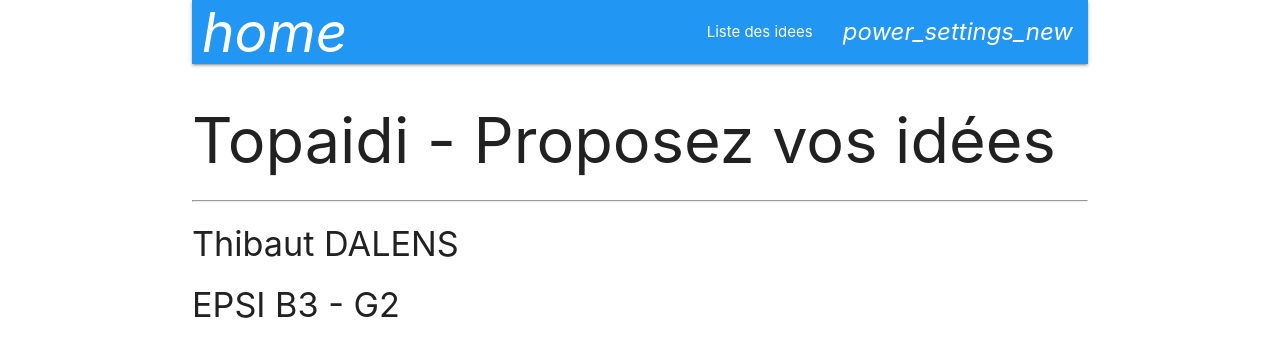
Repository: thdal/Atelier_JEE_16_02
Page: http://localhost/Atelier_JEE_16_02/WEB-INF/pages/PageHome.jsp
An editor plug-in stored every save of this project. The page is shown before and after the next save, followed by the edit.
The browser window is 1280 px wide. The pictures show the whole page.
The page is served by Tomcat 9. Nobody is signed in. Other server files are loaded and not shown. The template is opened directly, without the code that normally fills it, so the values that code supplies are empty.

Above is the page before, as saved 2021-02-25 11:31:59.

### Atelier_JEE_16_02/src/main/webapp/WEB-INF/pages/PageHome.jsp
<%@ page language="java" contentType="text/html; charset=ISO-8859-1"
    pageEncoding="ISO-8859-1"%>
<!DOCTYPE html>
<html>
<head>
<meta charset="ISO-8859-1">
<title>Accueil</title>
    <link rel="stylesheet" href="https://cdnjs.cloudflare.com/ajax/libs/materialize/1.0.0/css/materialize.min.css">

</head>
<body>

<div class="container">
<%@include file="commons/MenuNavBar.jsp" %>
	<h1>Topaidi - Proposez vos idées</h1>
	<hr>
	<h4>Thibaut DALENS</h4>
	<h4>EPSI B3 - G2</h4>
</div>
    <script src="https://cdnjs.cloudflare.com/ajax/libs/materialize/1.0.0/js/materialize.min.js"></script>
</body>
</html>

### Atelier_JEE_16_02/src/main/webapp/WEB-INF/pages/commons/MenuNavBar.jsp
<head>
    <link rel="stylesheet" href="https://cdnjs.cloudflare.com/ajax/libs/materialize/1.0.0/css/materialize.min.css">
	  <link href="https://fonts.googleapis.com/icon?family=Material+Icons" rel="stylesheet">
	   <%@ taglib prefix="c" uri="http://java.sun.com/jsp/jstl/core" %>

</head>

 <nav class="blue">
    <div class="nav-wrapper">
      <a href="home" class="brand-logo"><i style="margin-left:10px; font-size:55px" class="large material-icons">home</i></a>
      <ul id="nav-mobile" class="right hide-on-med-and-down">
        <c:if test="${ sessionScope.Admin }">
        	<li><a href="user?action=list">Liste des utilisateurs</a></li>
    	</c:if>
        <li><a href="idees?action=list">Liste des idees</a></li>
        <li><a href="connexion"><i class="material-icons prefix">power_settings_new</i></a></li>

        <!-- <li><a href="users?action=list">Liste des utilisateurs</a></li>  -->
      </ul>
    </div>
  </nav>

    <script src="https://cdnjs.cloudflare.com/ajax/libs/materialize/1.0.0/js/materialize.min.js"></script>

After the next save:
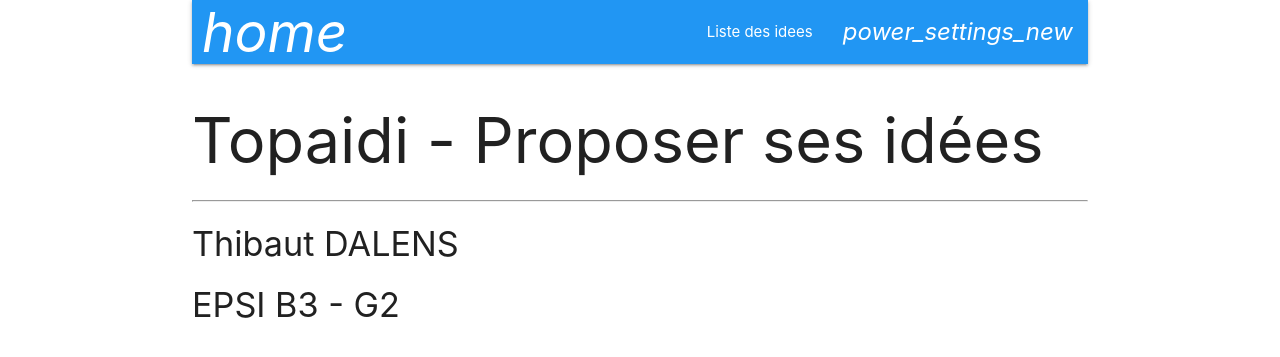
Saved 10 s later.
--- a/Atelier_JEE_16_02/src/main/webapp/WEB-INF/pages/PageHome.jsp
+++ b/Atelier_JEE_16_02/src/main/webapp/WEB-INF/pages/PageHome.jsp
@@ -12,7 +12,7 @@
 
 <div class="container">
 <%@include file="commons/MenuNavBar.jsp" %>
-	<h1>Topaidi - Proposez vos idées</h1>
+	<h1>Topaidi - Proposer ses idées</h1>
 	<hr>
 	<h4>Thibaut DALENS</h4>
 	<h4>EPSI B3 - G2</h4>
